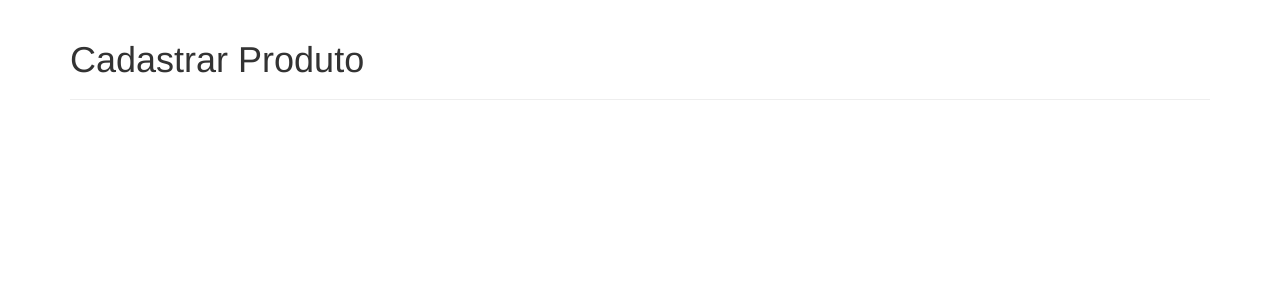
Repository: JulioCesarSF/Youtube
Page: http://localhost/JavaWeb/cadastrar.jsp
The author's editor kept a copy of each file at every save. The page is drawn from the files as they stood at one save, then again after the next save.
The browser window is 1280 px wide. The pictures show the whole page.
The page is served by Tomcat 9.

Above is the page before, as saved 2016-10-22 23:37:28.

After the next save:
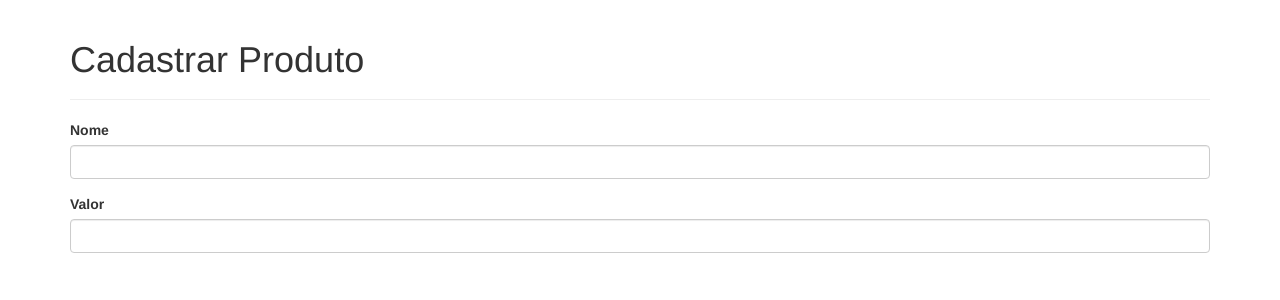
Saved 80 s later.
--- a/JavaWeb/JavaWeb/WebContent/cadastrar.jsp
+++ b/JavaWeb/JavaWeb/WebContent/cadastrar.jsp
@@ -23,7 +23,16 @@
 			method é o doPost ou doGet
 			-->
 			<form action="Produto" method="post">
-
+				<div class="form-group">
+					<label for="idNome">Nome</label>
+					<!-- não esquecer de colocar a propriedade name -->
+					<input type="text" id="idNome" name="nome" class="form-control">
+				</div>
+				<div class="form-group">
+					<label for="idValor">Valor</label>
+					<!-- não esquecer de colocar a propriedade name -->
+					<input type="number" step="0.10" id="idValor" name="valor" class="form-control">
+				</div>
 			</form>
 
 		</div>
